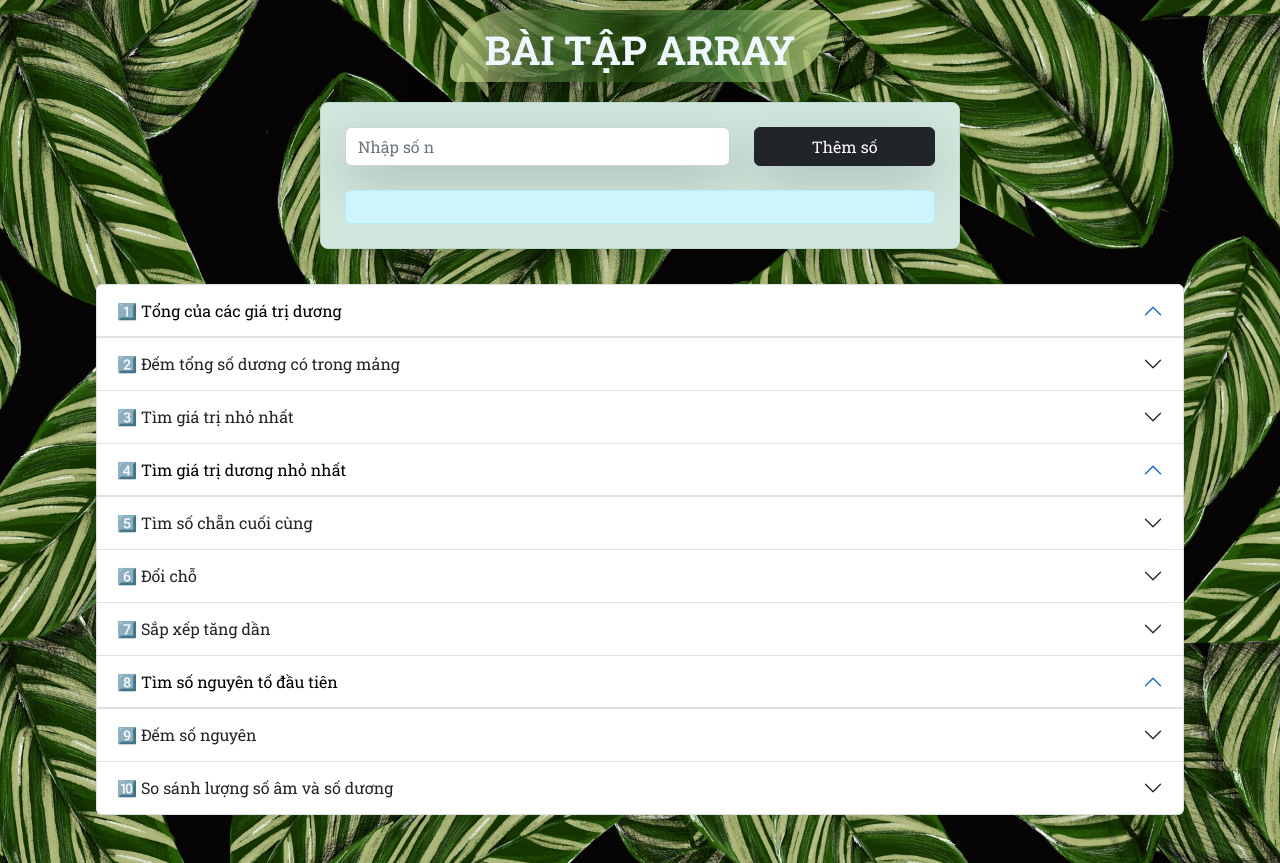
Repository: hcozyph/TranHuuPhuoc_BC43_BT_JS_Buoi7_8_ARRAY
Page: index.html
An editor plug-in stored every save of this project. The page is shown before and after the next save, followed by the edit.
The browser window is 1280 px wide. The pictures show the whole page.
Backgrounds fixed to the window are drawn as part of the page.

Above is the page before, as saved 2023-02-26 13:09:26.

After the next save:
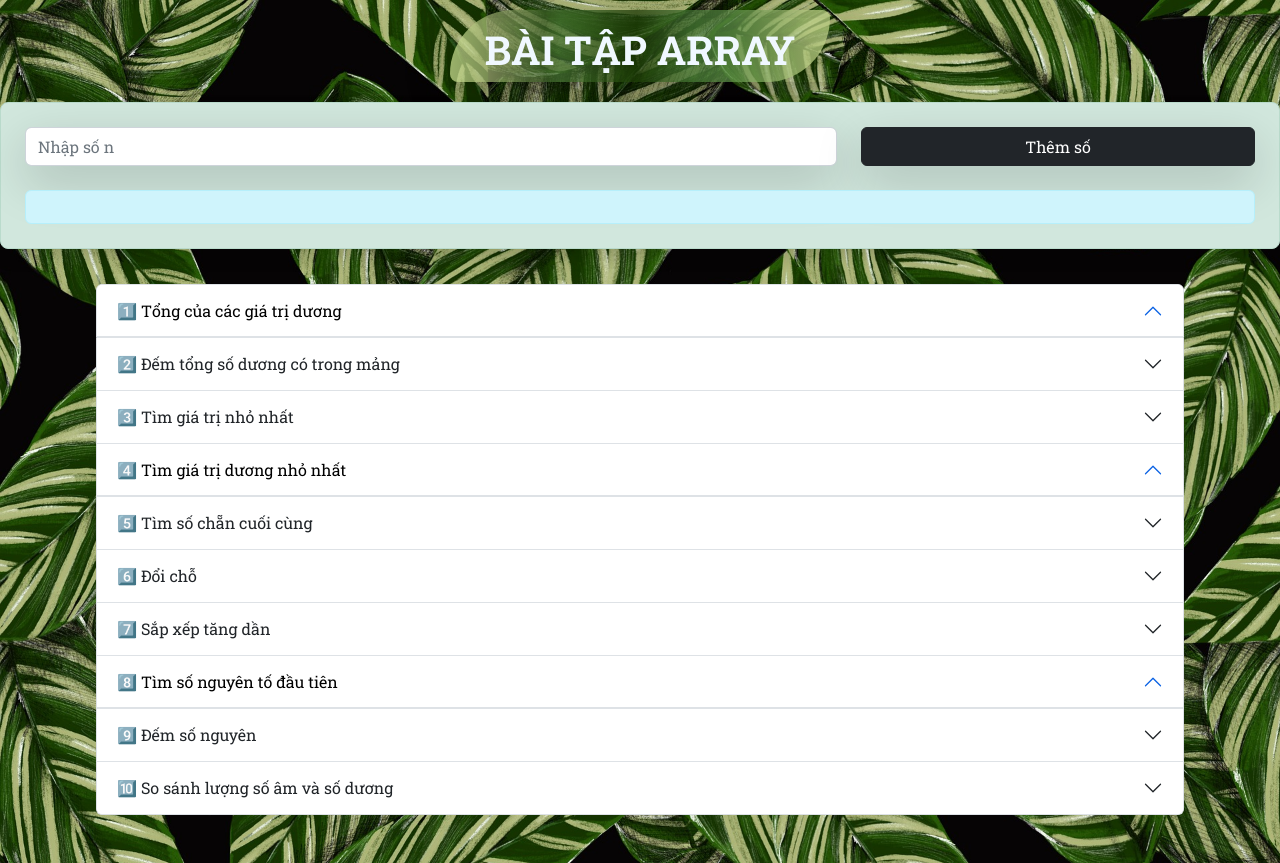
Saved 23 s later.
--- a/index.html
+++ b/index.html
@@ -50,7 +50,7 @@
 
                 <div
                     id="mainArray"
-                    class="alert alert-success rounded-3 shadow p-4 w-lg-75 w-50"
+                    class="alert alert-success rounded-3 shadow p-4"
                     style="margin: 20px auto"
                 >
                     <div class="row row-cols-3">
